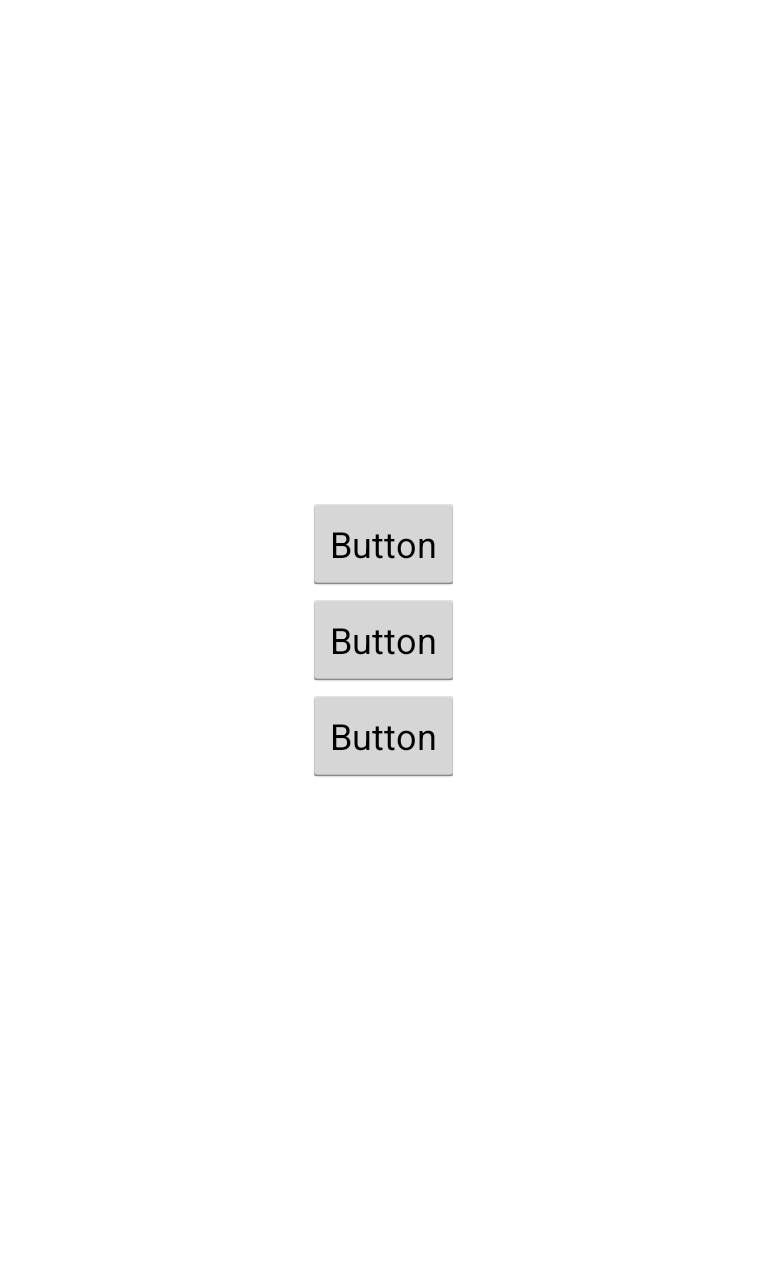
Repository: HGtz2222/LearningAndroid
Layout: test1/test1/res/layout/activity_menu.xml
An editor plug-in stored every save of this project. The layout is shown before and after a run of saves, followed by the edit.
It is drawn on a 768 x 1280 px phone screen (xhdpi) without system bars, with theme AppTheme; the app's code is not run.

Above is the layout before, as saved 2014-09-09 10:29:47.

After the next 2 saves:
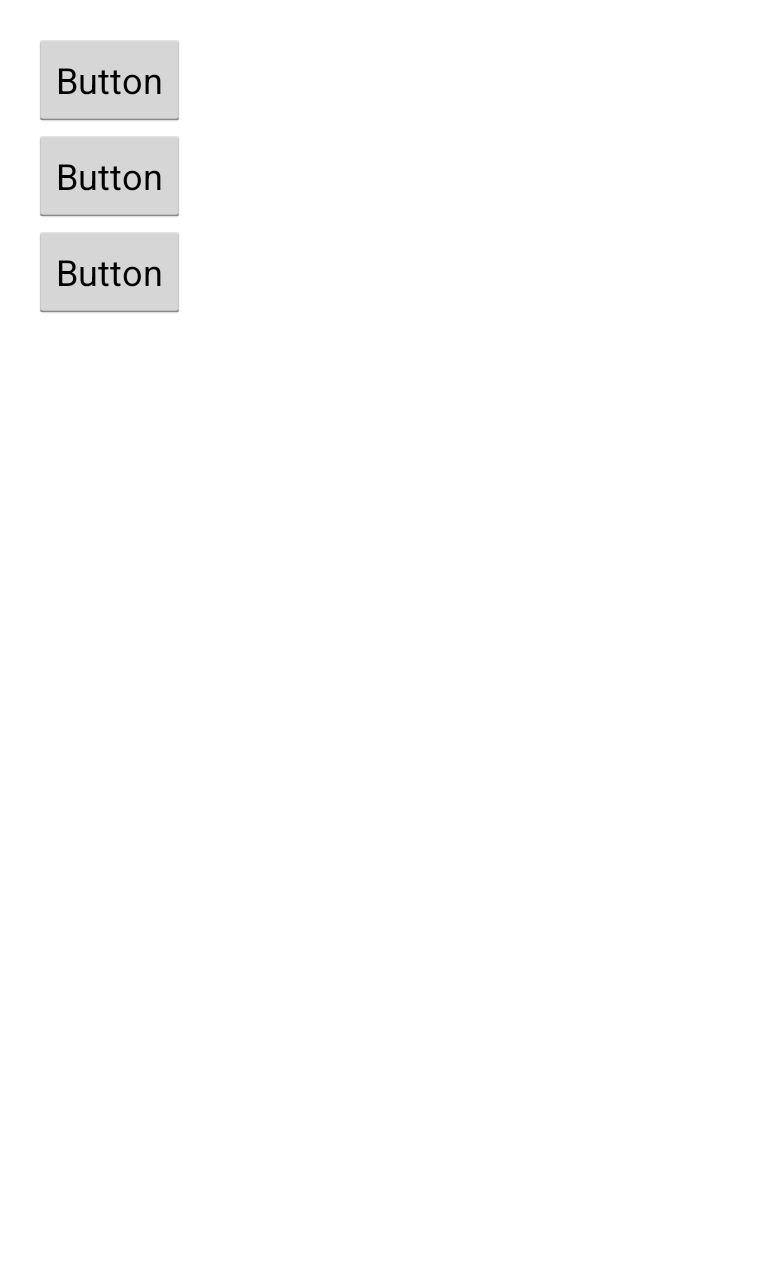
The 2 saves are shown as one change because 1 did not build or start.
The last was saved 67 s later.
--- a/test1/test1/res/layout/activity_menu.xml
+++ b/test1/test1/res/layout/activity_menu.xml
@@ -1,4 +1,4 @@
-<RelativeLayout xmlns:android="http://schemas.android.com/apk/res/android"
+<merge xmlns:android="http://schemas.android.com/apk/res/android"
     xmlns:tools="http://schemas.android.com/tools"
     android:layout_width="match_parent"
     android:layout_height="match_parent"
@@ -35,4 +35,4 @@
 
     </LinearLayout>
 
-</RelativeLayout>
+</merge>
